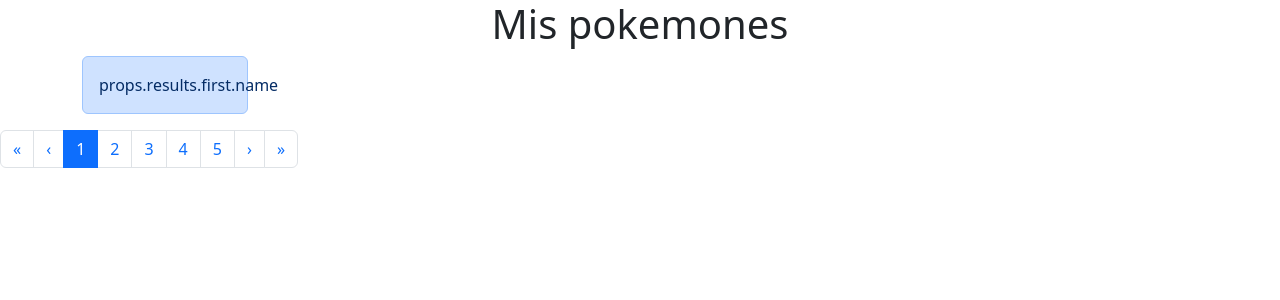
Repository: MiguelDev5/poke-shop
Page: /
These files come from the project's save history. The page is drawn as it stood at one moment and after the next save; the edit follows.
The browser window is 1280 px wide. The pictures show the whole page.
The page's requests for data from a server got no answer. The project was rebuilt for these pictures with package versions that can differ from the ones it lists, and the page was loaded fresh each time. No one was signed in, and anything a server would have sent is missing.

Above is the page before, as saved 2023-10-28 00:21:27.

### src/App.js
import React, { useState, useEffect } from 'react';
import 'bootstrap/dist/css/bootstrap.min.css';
import fetchData from './api/poke_api';
import PokeGrid from './components/body';
import PokeTitle from './components/title';
import PokePagination from './components/pagination';
import { Col } from 'react-bootstrap';


const App = () => {
  const [data, setData] = useState(null);

  useEffect(() => {
    const getData = async () => {
      try {
        const jsonData = await fetchData();
        console.log(jsonData);
        setData(jsonData);
      } catch (error) {
        console.log("--------------->");
        console.error(error);
      }
    };

    getData();
  }, []);

  return (
    <div>
      <Col>
        <PokeTitle/>
        <PokeGrid props={data} />
        <PokePagination/>
      </Col>
    </div>
  );
};

export default App;

### src/api/poke_api.js
const fetchData = async () => {
    try {
        const response = await fetch('https://pokeapi.co/api/v2/pokemon');
        const jsonData = await response.json();
        console.log("--------------->1");
        return jsonData;
    } catch (error) {
        console.error('Error al obtener datos:', error);
    }
};

export default fetchData;

### src/components/body.js
import { Container } from 'react-bootstrap';
import { Row } from 'react-bootstrap';
import { Col } from 'react-bootstrap';
import { Alert } from 'react-bootstrap';

function PokeGrid (props) {
    console.log(props);
    // try {
    //     if ('results' in props.results) {
    //         return <div>Renderizado si la condición es verdadera </div>;
    //       } else {
    //         return <div>Renderizado si la condición es falsa</div>;
    //       }
    // } catch (error) {
    //     console.error(error);
    // }

    return (
        <Container>

            <Row>




                        <Col xxl={2} xl={2} lg={2} md={4} xs={6} >
                         <Alert key="{elemento['name']}" variant='primary'>
                             props.results.first.name
                         </Alert>
                     </Col>





            </Row>
        </Container>
    );
}

export default PokeGrid;

### src/components/title.js
const PokeTitle = () => {
    return (
      <div style={{
          display: "flex",
          alignItems: "center",
          justifyContent: "center",
          height: "100%"
        }}
      >
        <h1>
          Mis pokemones
        </h1>
      </div>
    );
  }

  export default PokeTitle;

### src/components/pagination.js
import React, { useState } from 'react';
import { Pagination } from 'react-bootstrap';

const PokePagination = () => {
  const [currentPage, setCurrentPage] = useState(1);

  const handlePageChange = (pageNumber) => {
    setCurrentPage(pageNumber);
  };

  const renderPaginationItems = () => {
    const totalPages = 20; // Total de páginas en tu conjunto de datos
    const maxVisiblePages = 5; // Número máximo de páginas visibles

    let startPage = Math.max(currentPage - Math.floor(maxVisiblePages / 2), 1);
    let endPage = Math.min(startPage + maxVisiblePages - 1, totalPages);

    if (endPage - startPage < maxVisiblePages - 1) {
      startPage = Math.max(endPage - maxVisiblePages + 1, 1);
    }

    const paginationItems = [];

    for (let i = startPage; i <= endPage; i++) {
      paginationItems.push(
        <Pagination.Item
          key={i}
          active={i === currentPage}
          onClick={() => handlePageChange(i)}
        >
          {i}
        </Pagination.Item>
      );
    }

    return paginationItems;
  };

  return (
    <Pagination>
      <Pagination.First onClick={() => handlePageChange(1)} />
      <Pagination.Prev
        onClick={() => handlePageChange(Math.max(currentPage - 1, 1))}
      />
      {renderPaginationItems()}
      <Pagination.Next
        onClick={() =>
          handlePageChange(Math.min(currentPage + 1, 20))
        }
      />
      <Pagination.Last onClick={() => handlePageChange(20)} />
    </Pagination>
  );
};

export default PokePagination;

Loaded but not shown: public/index.html (common file); src/index.js (common file); src/index.css (common file); src/reportWebVitals.js (common file)

After the next save:
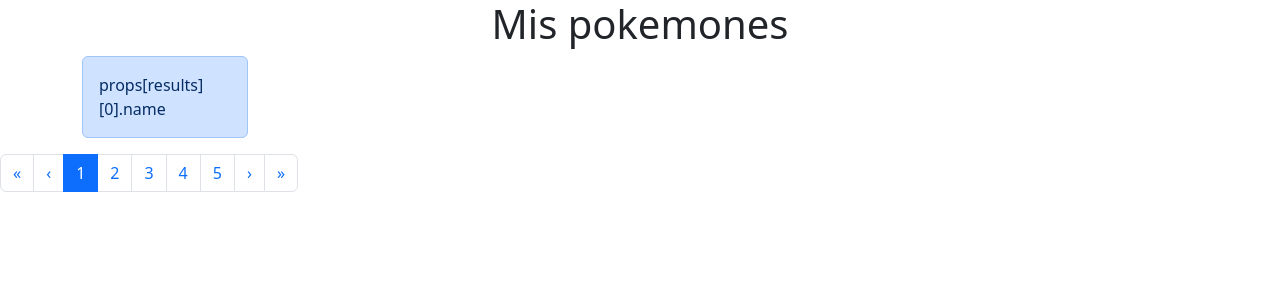
Saved 21 s later.
--- a/src/components/body.js
+++ b/src/components/body.js
@@ -25,7 +25,7 @@
 
                         <Col xxl={2} xl={2} lg={2} md={4} xs={6} >
                          <Alert key="{elemento['name']}" variant='primary'>
-                             props.results.first.name
+                             props[results][0].name
                          </Alert>
                      </Col>
 
